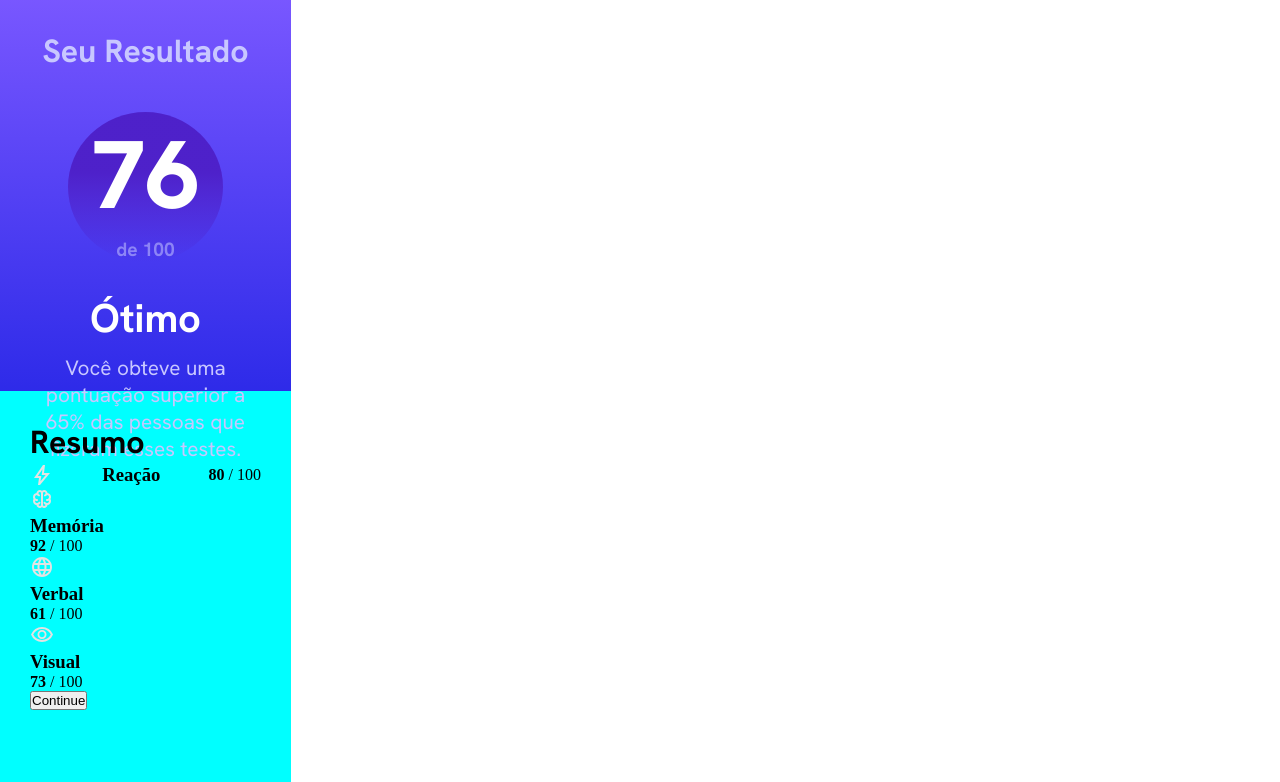
Repository: caique2512/resumo-de-resultados
Page: index.html
An editor plug-in stored every save of this project. The page is shown before and after the next save, followed by the edit.
The browser window is 1280 px wide. The pictures show the whole page.

Above is the page before, as saved 2026-03-09 22:09:10.

### index.html
<!DOCTYPE html>
<html lang="pt-br">
<head>
    <meta charset="UTF-8">
    <meta name="viewport" content="width=device-width, initial-scale=1.0">
    <title>Resumo de Resultados</title>
    <link rel="stylesheet" href="src/css/estilos.css">
    <link rel="stylesheet" href="src/css/reset.css">
</head>
<body>
    <main class="conteudo">
        <div class="principal">
            <h1 class="titulo">Seu Resultado</h1>
            <div class="circulo">
                <h2>76</h2>
                <p>de 100</p>
            </div>
            <h2 class="avaliacao">Ótimo</h2>
            <p class="subtitle">Você obteve uma pontuação superior a 65% das pessoas que fizeram esses testes.</p>
        </div>
        <div class="resultado">
            <h1 class="titulo1">Resumo</h1>
            <div class="classes">
                <div class="resumo1">
                    <img src="./src/images/raio.svg" alt="Raio">
                    <h3>Reação</h3>
                    <p><strong>80</strong> / 100</p>
                </div>
                <div class="resumo2">
                    <img src="./src/images/memoria.svg" alt="Memória">
                    <h3>Memória</h3>
                    <p><strong>92</strong> / 100</p>
                </div>
                <div class="resumo3">
                    <img src="./src/images/mensagem.svg" alt="Mensagem">
                    <h3>Verbal</h3>
                    <p><strong>61</strong> / 100</p>
                </div>
                <div class="resumo4">
                    <img src="./src/images/olho.svg" alt="olho">
                    <h3>Visual</h3>
                    <p><strong>73</strong> / 100</p>
                </div>
            </div>
            <button class="btn-resumo">Continue</button>
        </div>
    </main>
</body>
</html>

### src/css/estilos.css
@import url('https://fonts.googleapis.com/css2?family=Hanken+Grotesk:ital,wght@0,100..900;1,100..900&display=swap');


.principal {
    background: linear-gradient(hsl(252, 100%, 67%), hsl(241, 81%, 54%));
    width: 291px;
    height: 391px;
    display: flex;
    flex-direction: column;
    align-items: center;
}

.titulo {
    color: hsl(241, 100%, 89%);
    font-family: "Hanken Grotesk";
    margin-top: 30px;
    font-size: 2rem;
}

.circulo {
    background: linear-gradient(hsla(256, 72%, 46%, 1) 40%, hsla(241, 72%, 46%, 0));
    width: 155px;
    height: 155px;
    border-radius: 50%;
    display: flex;
    align-items: center;
    justify-content: center;
    flex-direction: column;
    margin-top: 2.5rem;
}

.circulo h2 {
    font-size: 6rem;
    font-family: "Hanken Grotesk";
    font-weight: 800;
    color: hsl(0, 0%, 100%);
}

.circulo p {
    color: hsla(241, 100%, 89%, 0.538);
    font-family: "Hanken Grotesk";
    font-weight: 700;
    font-size: 1.2rem;
}

.principal .avaliacao {
    color: white;
    font-family: "Hanken Grotesk";
    margin-top: 30px;
    font-size: 2.5rem;

}

.principal .subtitle {
    color: hsl(241, 100%, 89%);
    font-family: "Hanken Grotesk";
    width: 230px;
    display: flex;
    text-align: center;
    margin: 10px;
    font-size: 1.3rem;
}

.resultado {
    background-color: aqua;
    width: 291px;
    height: 391px;
    padding: 30px;
}

.resultado .titulo1 {
    color: #000000;
    font-family: "Hanken Grotesk";
}

.resultado .classes .resumo1{
    display: flex;
    align-items: center;
    justify-content: space-between;
}

### src/css/reset.css


* {
    margin: 0;
    padding: 0;
    box-sizing: border-box;
}

After the next save:
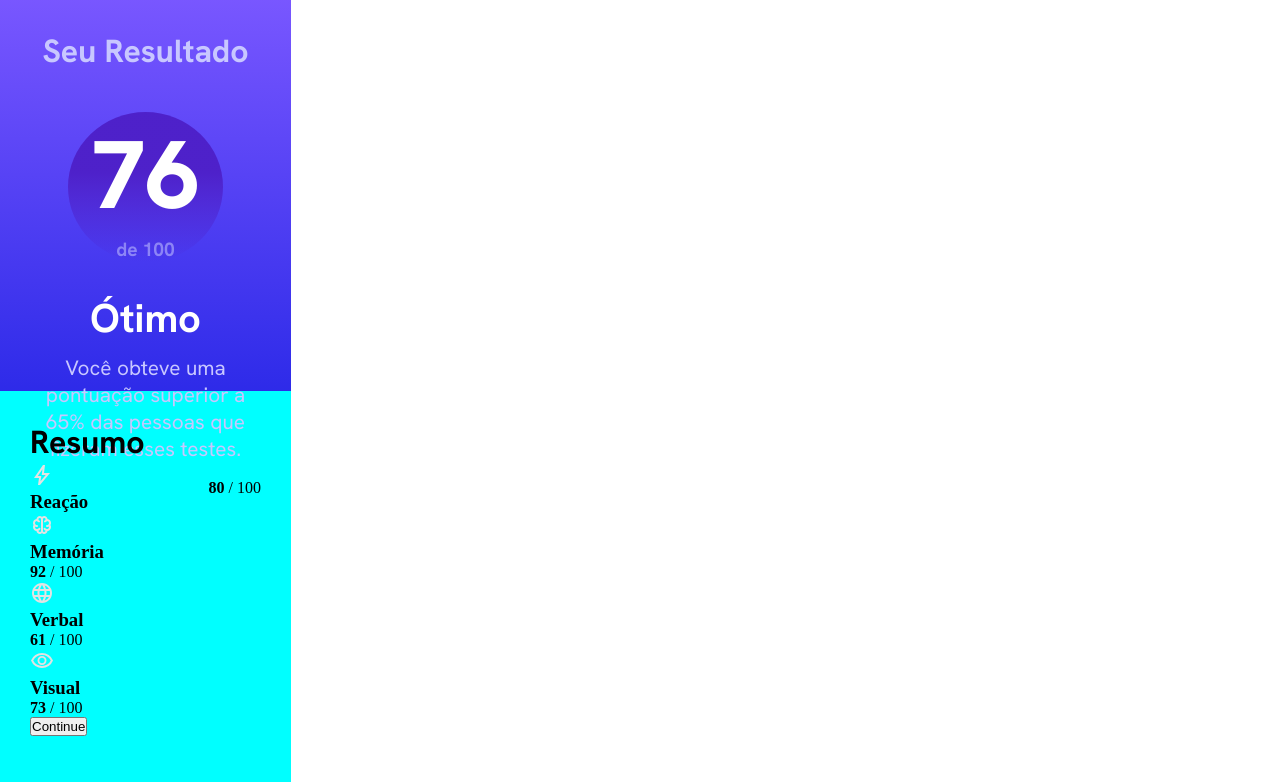
Saved 89 s later.
--- a/index.html
+++ b/index.html
@@ -22,8 +22,10 @@
             <h1 class="titulo1">Resumo</h1>
             <div class="classes">
                 <div class="resumo1">
-                    <img src="./src/images/raio.svg" alt="Raio">
-                    <h3>Reação</h3>
+                    <div>
+                        <img src="./src/images/raio.svg" alt="Raio">
+                        <h3>Reação</h3>
+                    </div>
                     <p><strong>80</strong> / 100</p>
                 </div>
                 <div class="resumo2">

After the save that followed:
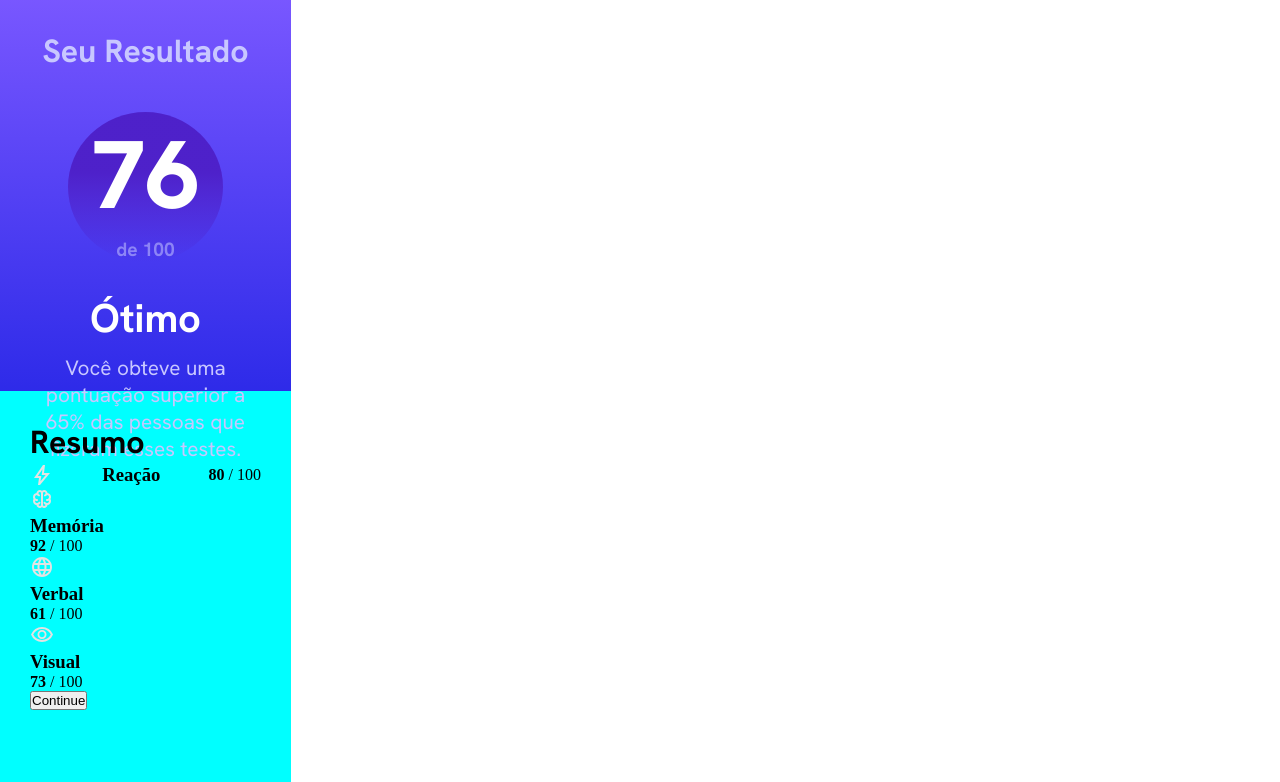
Saved 34 s later.
--- a/index.html
+++ b/index.html
@@ -22,10 +22,8 @@
             <h1 class="titulo1">Resumo</h1>
             <div class="classes">
                 <div class="resumo1">
-                    <div>
                         <img src="./src/images/raio.svg" alt="Raio">
                         <h3>Reação</h3>
-                    </div>
                     <p><strong>80</strong> / 100</p>
                 </div>
                 <div class="resumo2">
